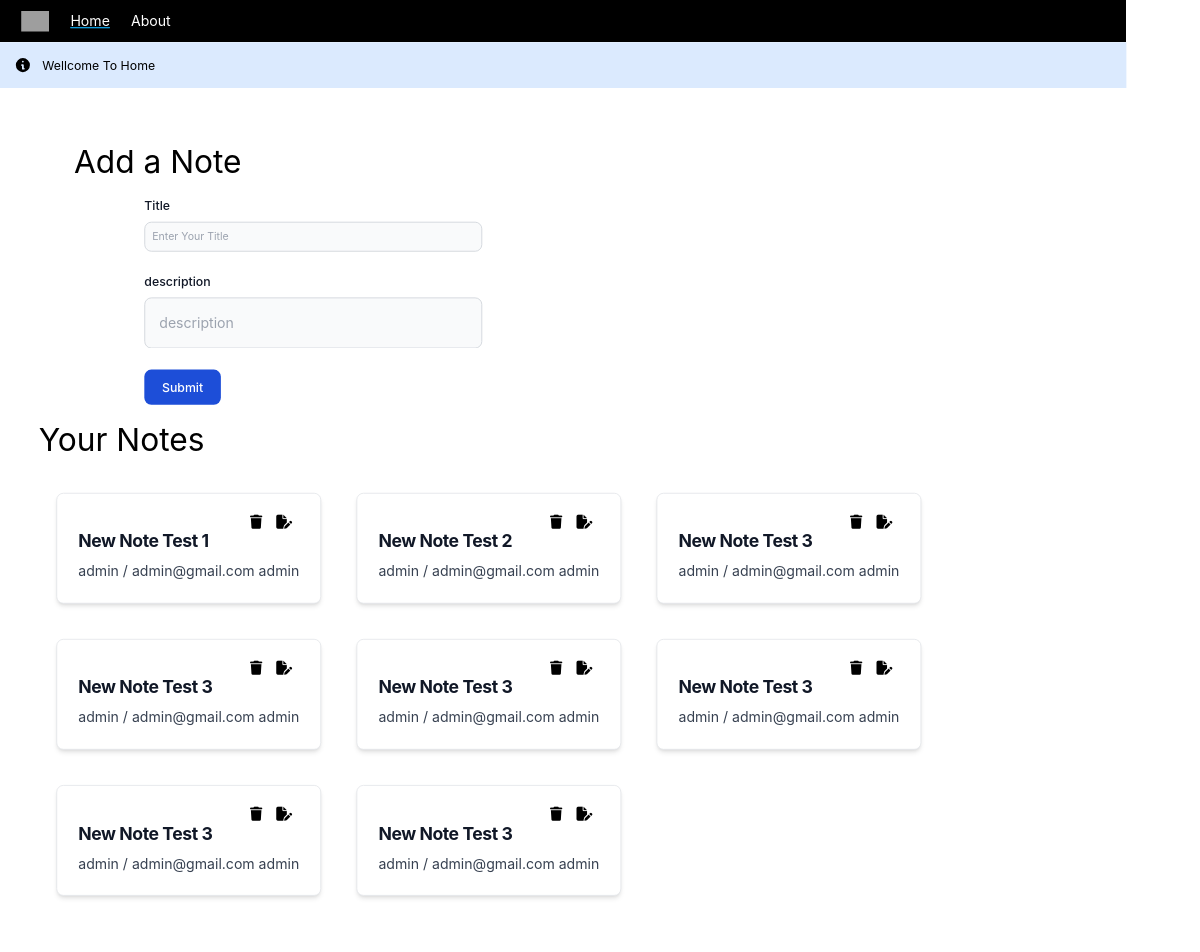
Repository: sonawaneteju4/iNote
Page: /
These files come from the project's save history. The page is drawn as it stood at one moment and after the next save; the edit follows.
The browser window is 1280 px wide. The page is 1364 px wide, so the pictures cover 1364 px, including what lies to the right of the window. The pictures show the whole page, at 88% of full size.
Pictures or frames that could not be fetched are drawn as grey boxes. Some web libraries are served in a nearby version. The project was rebuilt for these pictures with package versions that can differ from the ones it lists, and the page was loaded fresh each time. Also part of the build but not shown: src/components/About.js.

Above is the page before, as saved 2022-10-10 19:55:43.

### public/index.html
<!DOCTYPE html>
<html lang="en">
  <head>
    <meta charset="utf-8" />
    <link rel="icon" href="%PUBLIC_URL%/favicon.ico" />
    <meta name="viewport" content="width=device-width, initial-scale=1" />
    <meta name="theme-color" content="#000000" />
    <meta
      name="description"
      content="Web site created using create-react-app"
    />
    <link rel="apple-touch-icon" href="%PUBLIC_URL%/logo192.png" />

    <link rel="manifest" href="%PUBLIC_URL%/manifest.json" />

    <title>iNote - Secured Notes On Cloud</title>
  </head>
  <body>
    <noscript>You need to enable JavaScript to run this app.</noscript>
    <script src="https://kit.fontawesome.com/61d960ae85.js" crossorigin="anonymous"></script>
    <div id="root"></div>
  </body>
</html>

### src/App.js
import "./App.css";
import { BrowserRouter, Routes, Route } from "react-router-dom";
import Navbar from "./components/Navbar";
import Home from "./components/Home";
import About from "./components/About";
import NoteState from "./context/notes/NoteState";
import Alert from "./components/Alert";

function App() {
  return (
    <>
      <NoteState>
        <BrowserRouter>
          <Navbar />
          <Alert message="Wellcome To Home"/>
          <div className="container m-11">

          <Routes>
            <Route exact path="/" element={<Home />}></Route>
            <Route exact path="/about" element={<About />}></Route>
          </Routes>
          </div>
        </BrowserRouter>
      </NoteState>
    </>
  );
}

export default App;

### src/App.css
.App {
  text-align: center;
}

.App-logo {
  height: 40vmin;
  pointer-events: none;
}

@media (prefers-reduced-motion: no-preference) {
  .App-logo {
    animation: App-logo-spin infinite 20s linear;
  }
}

.App-header {
  background-color: #282c34;
  min-height: 100vh;
  display: flex;
  flex-direction: column;
  align-items: center;
  justify-content: center;
  font-size: calc(10px + 2vmin);
  color: white;
}

.App-link {
  color: #61dafb;
}

@keyframes App-logo-spin {
  from {
    transform: rotate(0deg);
  }
  to {
    transform: rotate(360deg);
  }
}
i{cursor: pointer;

}

### src/components/Navbar.js
import React, {useEffect} from 'react'
import { Link, useLocation } from 'react-router-dom'

const Navbar = () => {
  let location = useLocation();
  useEffect(() => {
    console.log(location.pathname);
  }, [location])

  return (
    <nav className='flex bg-black text-white sticky top-0'>
        <ul className='flex m-3'>
            <li className='px-3'><Link to="/"><img alt="Logo" className='h-6' src='https://i.ibb.co/yyD6c8M/i-NOTE-3.png'></img></Link></li>
            <li className={`px-3  ${location.pathname==='/'? "underline decoration-sky-500": ""}`}><Link to="/">Home</Link></li>
            <li className={`px-3  ${location.pathname==='/about'? "underline decoration-sky-500": ""}`}><Link to="/about">About</Link></li>
        </ul>

    </nav>
  )
}

export default Navbar

### src/components/Home.js
import React from 'react'
// import NoteState from '../context/notes/NoteState';
import Notes from './Notes';

const Home = () => {

  return (
    <>
      <Notes/>
    </>

  )
}

export default Home

### src/context/notes/NoteState.js
import { useState } from 'react';
import NoteContext from './NoteContext';


const NoteState = (props) =>{
    const notesInitial = [
        {
          "_id": "6343f8ff5e6343bed4b7ddb5",
          "user": "63402d7553af99b0eef26534",
          "title": "New Note Test 1 ",
          "description": "admin / admin@gmail.com admin",
          "tag": "test",
          "date": "1665390388538",
          "__v": 0
        },
        {
          "_id": "6343f90f5e6343bed4b7ddb8",
          "user": "63402d7553af99b0eef26534",
          "title": "New Note Test 2 ",
          "description": "admin / admin@gmail.com admin",
          "tag": "test",
          "date": "1665390388538",
          "__v": 0
        },
        {
          "_id": "6343f9155e6343bed4b7ddba",
          "user": "63402d7553af99b0eef26534",
          "title": "New Note Test 3 ",
          "description": "admin / admin@gmail.com admin",
          "tag": "test",
          "date": "1665390388538",
          "__v": 0
        },
        {
            "_id": "6343f9155e6343bed4b7ddba",
            "user": "63402d7553af99b0eef26534",
            "title": "New Note Test 3 ",
            "description": "admin / admin@gmail.com admin",
            "tag": "test",
            "date": "1665390388538",
            "__v": 0
          },
          {
            "_id": "6343f9155e6343bed4b7ddba",
            "user": "63402d7553af99b0eef26534",
            "title": "New Note Test 3 ",
            "description": "admin / admin@gmail.com admin",
            "tag": "test",
            "date": "1665390388538",
            "__v": 0
          },
          {
            "_id": "6343f9155e6343bed4b7ddba",
            "user": "63402d7553af99b0eef26534",
            "title": "New Note Test 3 ",
            "description": "admin / admin@gmail.com admin",
            "tag": "test",
            "date": "1665390388538",
            "__v": 0
          },
          {
            "_id": "6343f9155e6343bed4b7ddba",
            "user": "63402d7553af99b0eef26534",
            "title": "New Note Test 3 ",
            "description": "admin / admin@gmail.com admin",
            "tag": "test",
            "date": "1665390388538",
            "__v": 0
          },
          {
            "_id": "6343f9155e6343bed4b7ddba",
            "user": "63402d7553af99b0eef26534",
            "title": "New Note Test 3 ",
            "description": "admin / admin@gmail.com admin",
            "tag": "test",
            "date": "1665390388538",
            "__v": 0
          }
      ]
      const [notes, setNotes] = useState(notesInitial)

      //Add a Note
      const addNote = (title, description,tag)=>{
        const note = {
          "_id": "6343f9155e6343bed4b7ddba",
          "user": "63402d7553af99b0eef26534",
          "title": title,
          "description": description,
          "tag": tag,
          "date": "1665390388538",
          "__v": 0
        };
        setNotes(notes.concat(note))
      }

      // Delete a Note
      const deleteNote = (id)=>{
        console.log(id)
        const newNotes = notes.filter((note)=>{return note._id!==id})
        setNotes(newNotes)
      }

      //Edit a Note
const editNote = (id, title, description,tag)=>{

}

    return(

        <NoteContext.Provider value={{notes, notesInitial, addNote ,deleteNote ,editNote }}>
            {props.children}
        </NoteContext.Provider>
            )
}

export default NoteState;

### src/components/Alert.js
import React from 'react'

const Alert = (props) => {
  return (
    <div className=''>
      <div className="flex p-4 mb-4 text-sm bg-blue-100 rounded-lgz text-black " role="alert">
  <svg aria-hidden="true" className="flex-shrink-0 inline w-5 h-5 mr-3" fill="currentColor" viewBox="0 0 20 20" xmlns="http://www.w3.org/2000/svg"><path fill-rule="evenodd" d="M18 10a8 8 0 11-16 0 8 8 0 0116 0zm-7-4a1 1 0 11-2 0 1 1 0 012 0zM9 9a1 1 0 000 2v3a1 1 0 001 1h1a1 1 0 100-2v-3a1 1 0 00-1-1H9z" clip-rule="evenodd"></path></svg>
  {props.message}
  </div>
    </div>
  )
}

export default Alert

### src/components/Notes.js
import React, {useContext } from 'react'
import NoteContext from '../context/notes/NoteContext';
import AddNote from './AddNote';
import NoteItem from './NoteItem';


const Notes = () => {
    const context = useContext(NoteContext);
    const {notes} = context
  return (
    <div>
        <AddNote/>
      <h1 className='py-5 text-4xl'>Your Notes</h1>

    <div className='flex flex-wrap'>
        {notes.map((note)=>{
            return <NoteItem key={note._id} note={note}/>;
        })}
    </div>
        </div>
  )
}

export default Notes

### src/components/AddNote.js
import React, {useContext, useState}from 'react'
import NoteContext from '../context/notes/NoteContext';

const AddNote = () => {
    const context = useContext(NoteContext);
    const {addNote} = context;
    const [note, setnote] = useState({title:"", description:"", tag:"default"})
    const handleClick = (e)=>{
      e.preventDefault()
        addNote(note.title, note.description, note.tag);
    }
    const onChange = (e)=>{
      setnote({...note, [e.target.name]: e.target.value})
    }

  return (
    <div>
    <div className='text-black'>
      <div className='mx-10'>
        <h1 className='py-5 text-4xl'>Add a Note</h1>
        <form className=''>

        <form className='container mx-20'>
  <div className="relative z-0 mb-6 w-full group">
      <label for="title" className="block mb-2 text-sm font-medium text-gray-900">Title</label>
      <input  onChange={onChange} type="text" name="title" id="title" className="block p-2 w-96 text-gray-900 bg-gray-50 rounded-lg border border-gray-300 sm:text-xs focus:ring-blue-500 focus:border-blue-500" placeholder="Enter Your Title" required=""/>
  </div>
  <div className="relative z-0 mb-6 w-full group">
      <label for="description" className="block mb-2 text-sm font-medium text-gray-900">description</label>
      <input onChange={onChange} type="desc" name="description" id="description" className="block p-4 w-96 text-gray-900 bg-gray-50 rounded-lg border border-gray-300 sm:text-md focus:ring-blue-500 focus:border-blue-500" placeholder="description" required=""/>
  </div>
  <button onClick={handleClick} type="submit" className="text-white bg-blue-700 hover:bg-blue-800 focus:ring-4 focus:outline-none focus:ring-blue-300 font-medium rounded-lg text-sm w-full sm:w-auto px-5 py-2.5 text-center dark:bg-blue-600 dark:hover:bg-blue-700 dark:focus:ring-blue-800">Submit</button>
</form>

        </form>
      </div>
    </div>
    </div>
  )
}

export default AddNote

### src/components/NoteItem.js
import React, { useContext } from "react";
import NoteContext from '../context/notes/NoteContext';


const NoteItem = (props) => {
 const context = useContext(NoteContext)
  const {deleteNote} = context;
  const { note } = props;
  return (
    <div className="p-5">
      <div class="p-6 max-w-sm bg-white rounded-lg border border-gray-200 shadow-md hover:bg-gray-100">
        <div className="flex item-start justify-end">
          <i class="fa-solid fa-trash mx-2" onClick={()=>{deleteNote(note._id)}}></i>
          <i class="fa-solid fa-file-pen mx-2"></i>
        </div>
          <h5 class="mb-2 text-xl font-bold tracking-tight text-gray-900">
            {note.title}
          </h5>
        <p class="font-normal text-gray-700"> {note.description}</p>
      </div>
    </div>
  );
};

export default NoteItem;

Loaded but not shown: src/index.js (common file); src/index.css (common file); src/context/notes/NoteContext.js (common file); tailwind.config.js (common file)

After the next save:
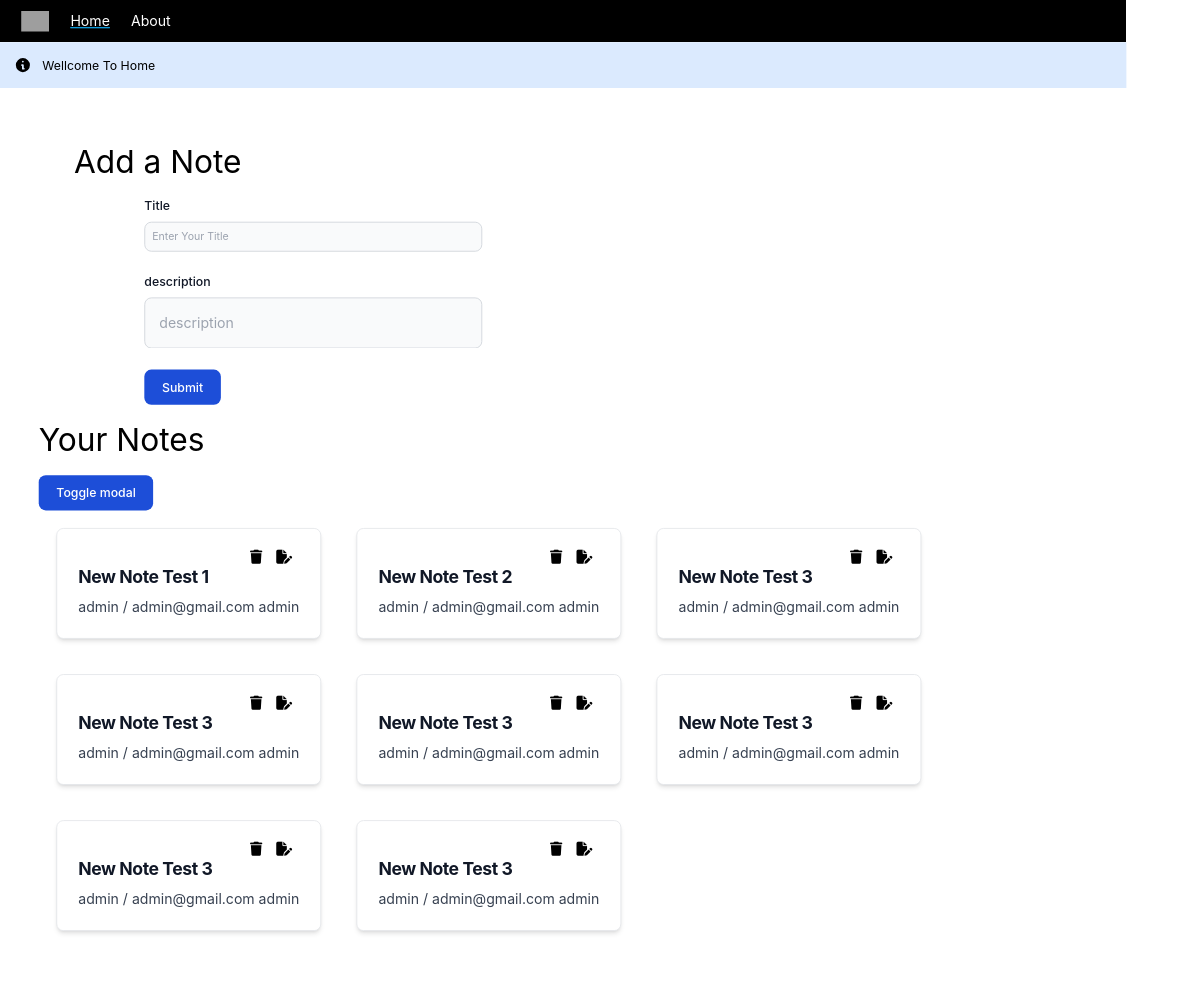
Saved 2 min 3 s later.
--- a/src/components/Notes.js
+++ b/src/components/Notes.js
@@ -11,7 +11,9 @@ const Notes = () => {
     <div>
         <AddNote/>
       <h1 className='py-5 text-4xl'>Your Notes</h1>
-
+      <button class="block text-white bg-blue-700 hover:bg-blue-800 focus:ring-4 focus:outline-none focus:ring-blue-300 font-medium rounded-lg text-sm px-5 py-2.5 text-center dark:bg-blue-600 dark:hover:bg-blue-700 dark:focus:ring-blue-800" type="button" data-modal-toggle="authentication-modal">
+  Toggle modal
+</button>
     <div className='flex flex-wrap'>
         {notes.map((note)=>{
             return <NoteItem key={note._id} note={note}/>;
